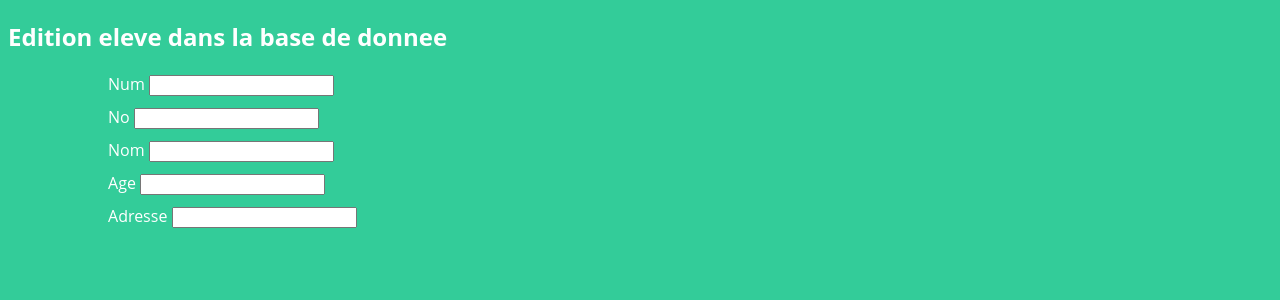
Repository: BlacKKalypso/jee-projet-workspace
Page: http://localhost/InterfaceEcole/views/eleves/edit.jsp
These files come from the project's save history. The page is drawn as it stood at one moment and after the next save; the edit follows.
The browser window is 1280 px wide. The pictures show the whole page.
The page is served by Tomcat 9. Other server files are loaded and not shown.

Above is the page before, as saved 2019-04-07 15:34:09.

### InterfaceEcole/WebContent/views/eleves/edit.jsp
<%@ page language="java" contentType="text/html; charset=ISO-8859-1"
    pageEncoding="ISO-8859-1"%>
<!DOCTYPE html>
<html>
<head>
<meta charset="ISO-8859-1">
<style>
body {
	background: #33cc99;
	color: #fff;
	font-family: 'Open Sans', sans-serif;
}

div{
margin: 10px 100px;
}
</style>
<title>Edition eleve</title>
</head>
<body>
<h2>Edition eleve dans la base de donnee</h2>
<form method="post" action="" enctype="multipart/form-data">
<div class="form-group">
<label for="name">Num</label>
<input type="text" name="num" id="num" value="" required/>
</div>
</form>
<form method="post" action="" enctype="multipart/form-data">
<div class="form-group">
<label for="name">No</label>
<input type="text" name="num" id="num" value="" required/>
</div>
</form>
<form method="post" action="" enctype="multipart/form-data">
<div class="form-group">
<label for="name">Nom</label>
<input type="text" name="num" id="num" value="" required/>
</div>
</form>
<form method="post" action="" enctype="multipart/form-data">
<div class="form-group">
<label for="name">Age</label>
<input type="text" name="num" id="num" value="" required/>
</div>
</form>
<form method="post" action="" enctype="multipart/form-data">
<div class="form-group">
<label for="name">Adresse</label>
<input type="text" name="num" id="num" value="" required/>
</div>
</form>
</body>
</html>

After the next save:
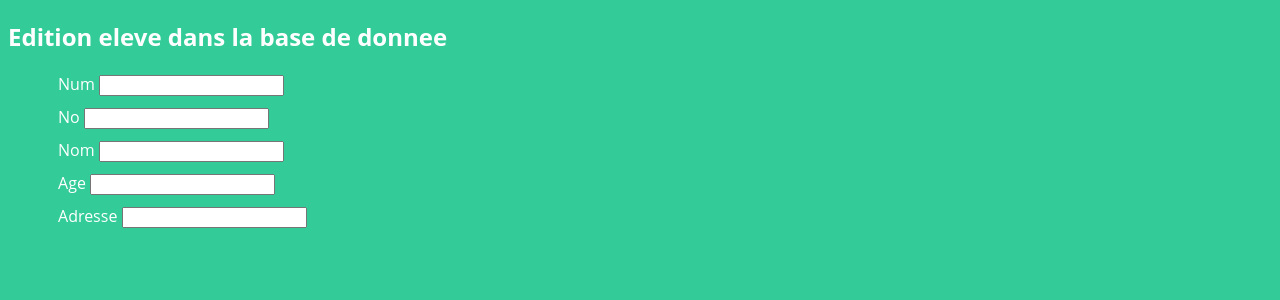
Saved 14 s later.
--- a/InterfaceEcole/WebContent/views/eleves/edit.jsp
+++ b/InterfaceEcole/WebContent/views/eleves/edit.jsp
@@ -12,7 +12,7 @@ body {
 }
 
 div{
-margin: 10px 100px;
+margin: 10px 50px;
 }
 </style>
 <title>Edition eleve</title>
